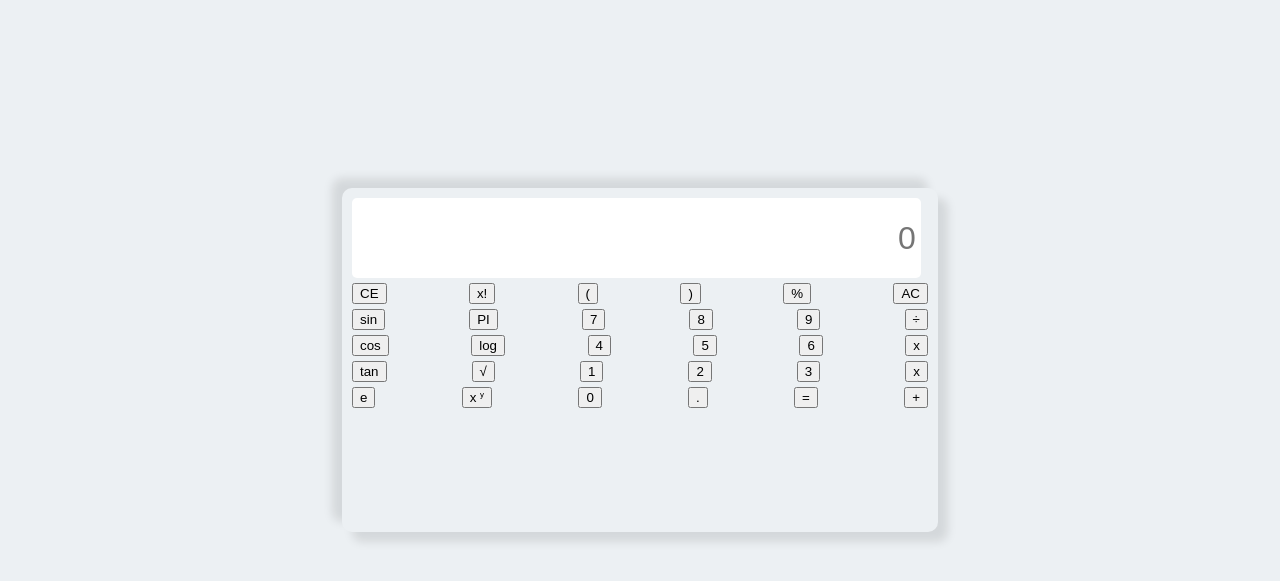
Repository: Haakim19/Scientific-Calculator
Page: intex.html
These files come from the project's save history. The page is drawn as it stood at one moment and after the next save; the edit follows.
The browser window is 1280 px wide. The pictures show the whole page.

Above is the page before, as saved 2024-10-27 11:59:52.

### intex.html
<!DOCTYPE html>
<html lang="en">
<head>
    <meta charset="UTF-8">
    <meta name="viewport" content="width=device-width, initial-scale=1.0">
    <title>Scientific Calculator</title>
    <link rel="stylesheet" href="Style.css">
</head>
<body>
    <div class="container">
        <div class="display">
            <input type="text" id="screen" placeholder="0">
        </div>
        <div class="btns">
            <div class="row">
                <button class="btn">CE</button>
                <button class="btn">x!</button>
                <button class="btn">(</button>
                <button class="btn">)</button>
                <button class="btn">%</button>
                <button class="btn">AC</button>
            </div>
            <div class="row">
                <button class="btn">sin</button>
                <button class="btn">PI</button>
                <button class="btn">7</button>
                <button class="btn">8</button>
                <button class="btn">9</button>
                <button class="btn">÷</button>
            </div>
            <div class="row">
                <button class="btn">cos</button>
                <button class="btn">log</button>
                <button class="btn">4</button>
                <button class="btn">5</button>
                <button class="btn">6</button>
                <button class="btn">x</button>
            </div>
            <div class="row">
                <button class="btn">tan</button>
                <button class="btn">√</button>
                <button class="btn">1</button>
                <button class="btn">2</button>
                <button class="btn">3</button>
                <button class="btn">x</button>
            </div>
            <div class="row">
                <button class="btn">e</button>
                <button class="btn">x <sup style="font-size: 0.5rem;">y</sup></button>
                <button class="btn">0</button>
                <button class="btn">.</button>
                <button class="btn">=</button>
                <button class="btn">+</button>
            </div>
        </div>
</body>

</html>

### Style.css
body{
    /* background-color: #f0f0f0; */
    font-family: Arial, sans-serif;
    margin: 0;
    padding: 0;
    justify-content: center;
    align-items: center;
    display: flex;
    min-height: 100vh;
    background: #ecf0f3;
}

.container{
    width: 45%;
    height: 45vh;
    padding: 10px;
    border-radius: 10px;
    box-shadow: 10px 10px 10px rgba(0, 0, 0, 0.1),
                -10px -10px 10px rgba(0, 0, 0, 0.1);
}
.display #screen{
    width: 97%;
    height: 70px;
    border: none;
    outline: none;
    text-align: right;
    font-size: 2em;
    border-radius: 5px;
    padding: 5px;

}
.row{
    display: flex;
    justify-content: space-between;
    margin: 5px 0;
    /* padding: 5px; */
}

After the next save:
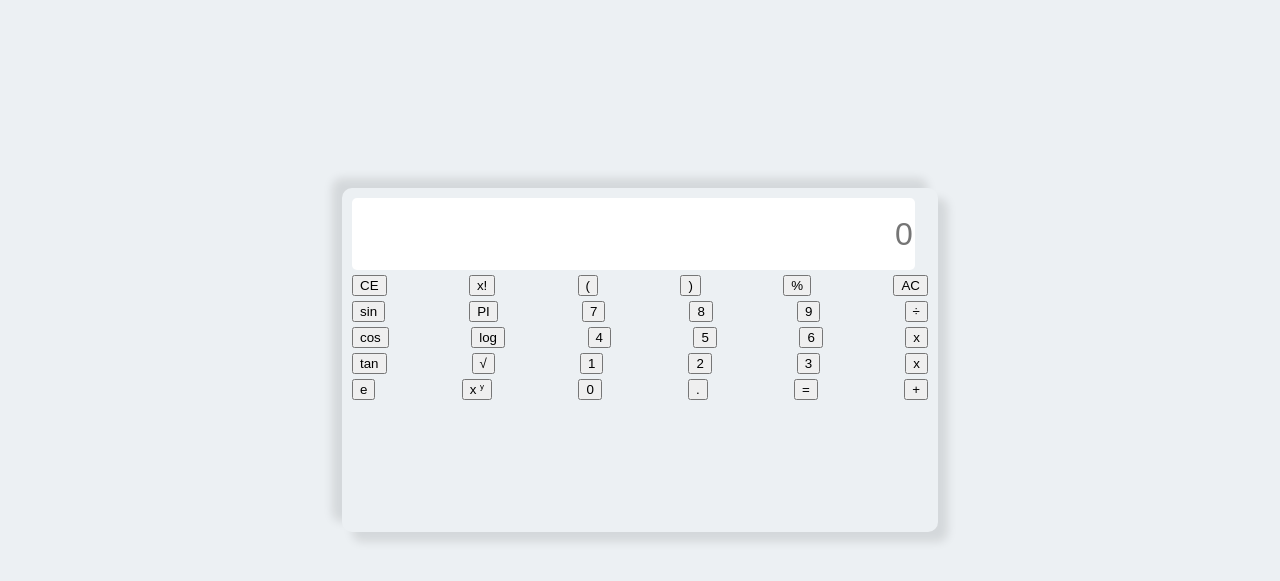
Saved 20 s later.
--- a/Style.css
+++ b/Style.css
@@ -26,7 +26,6 @@ body{
     text-align: right;
     font-size: 2em;
     border-radius: 5px;
-    padding: 5px;
 
 }
 .row{
